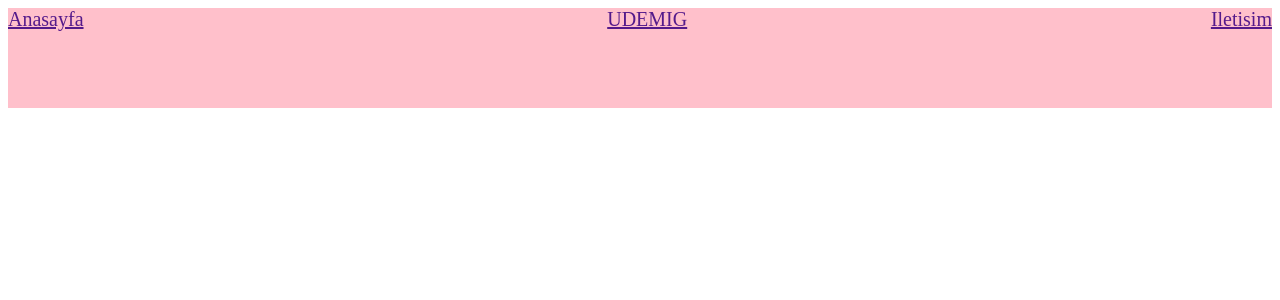
Repository: Kubraaygun/Html_Css_Login
Page: index.html
These files come from the project's save history. The page is drawn as it stood at one moment and after the next save; the edit follows.
The browser window is 1280 px wide. The pictures show the whole page.

Above is the page before, as saved 2025-03-04 20:55:26.

After the next save:
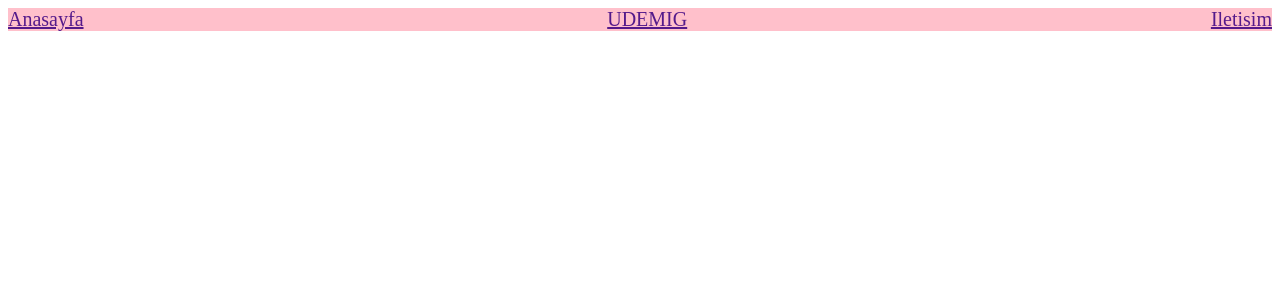
Saved 7 s later.
--- a/index.html
+++ b/index.html
@@ -8,18 +8,16 @@
   </head>
   <body>
     <header style="background-color: pink">
-      <div style="height: 100px">
-        <div
-          style="
-            display: flex;
-            justify-content: space-between;
-            align-items: center;
-          "
-        >
-          <a href="">Anasayfa</a>
-          <a href="">UDEMIG</a>
-          <a href="">Iletisim</a>
-        </div>
+      <div
+        style="
+          display: flex;
+          justify-content: space-between;
+          align-items: center;
+        "
+      >
+        <a href="">Anasayfa</a>
+        <a href="">UDEMIG</a>
+        <a href="">Iletisim</a>
       </div>
     </header>
   </body>

After the save that followed:
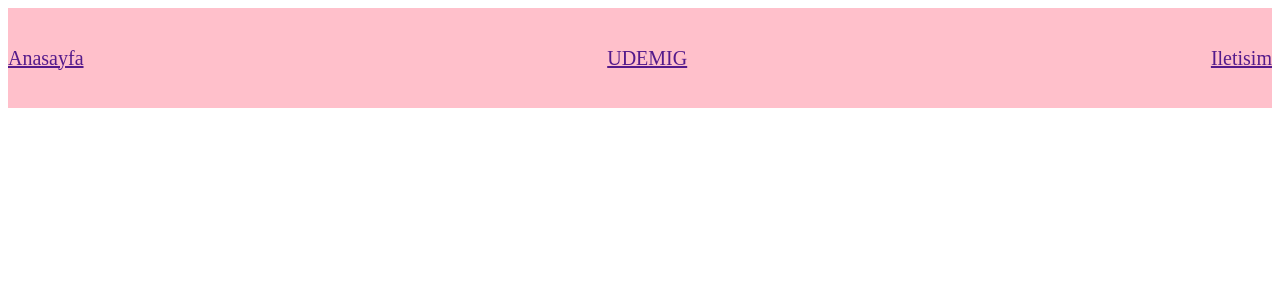
Saved 6 s later.
--- a/index.html
+++ b/index.html
@@ -13,6 +13,7 @@
           display: flex;
           justify-content: space-between;
           align-items: center;
+          height: 100px;
         "
       >
         <a href="">Anasayfa</a>
